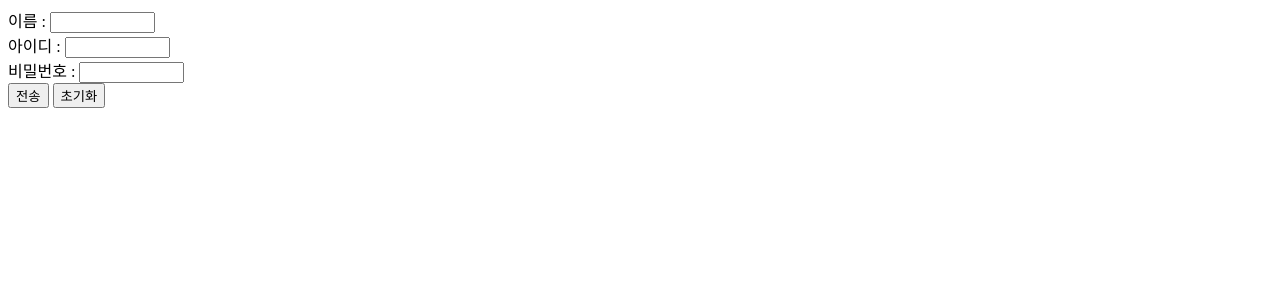
Repository: Kanghanna/One-Pick
Page: http://localhost/StartJSP/servletForm.jsp
An editor plug-in stored every save of this project. The page is shown before and after the next save, followed by the edit.
The browser window is 1280 px wide. The pictures show the whole page.
The page is served by Tomcat 9. Other server files are loaded and not shown.

Above is the page before, as saved 2019-03-28 01:58:27.

### StartJSP/WebContent/servletForm.jsp
<%@ page language="java" contentType="text/html; charset=UTF-8"
    pageEncoding="UTF-8"%>
<!DOCTYPE html>
<html>
<head>
<meta charset="UTF-8">
<title>Insert title here</title>
</head>
<body>

<form action = "index.jsp" method = "post">
 이름 : <input type = "text" name = "name" size = "10"><br>
 아이디 : <input type = "text" name = "id" size = "10"><br>
 비밀번호 : <input type = "password" name = "pw" size = "10"><br>

 <input type = "submit" value = "전송">
 <input type = "reset" value = "초기화">
</form>




</body>
</html>

After the next save:
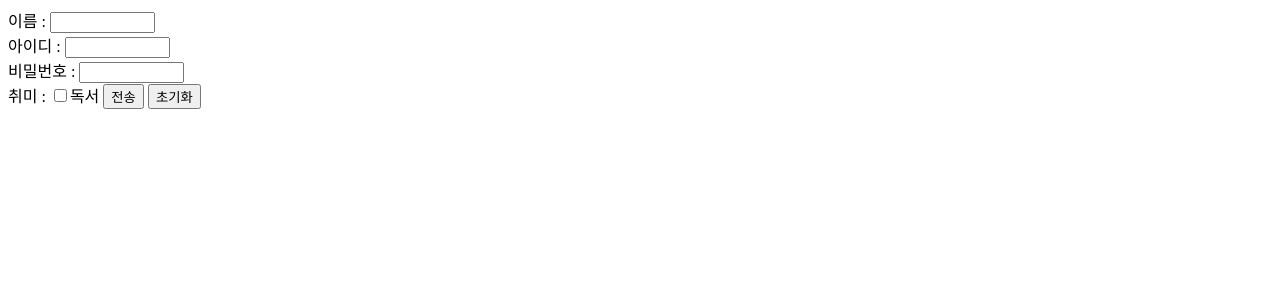
Saved 2 min 44 s later.
--- a/StartJSP/WebContent/servletForm.jsp
+++ b/StartJSP/WebContent/servletForm.jsp
@@ -12,6 +12,8 @@
  이름 : <input type = "text" name = "name" size = "10"><br>
  아이디 : <input type = "text" name = "id" size = "10"><br>
  비밀번호 : <input type = "password" name = "pw" size = "10"><br>
+ 취미 : <input type = "checkbox" name = "hobby" value = "read">독서
+
 
  <input type = "submit" value = "전송">
  <input type = "reset" value = "초기화">
